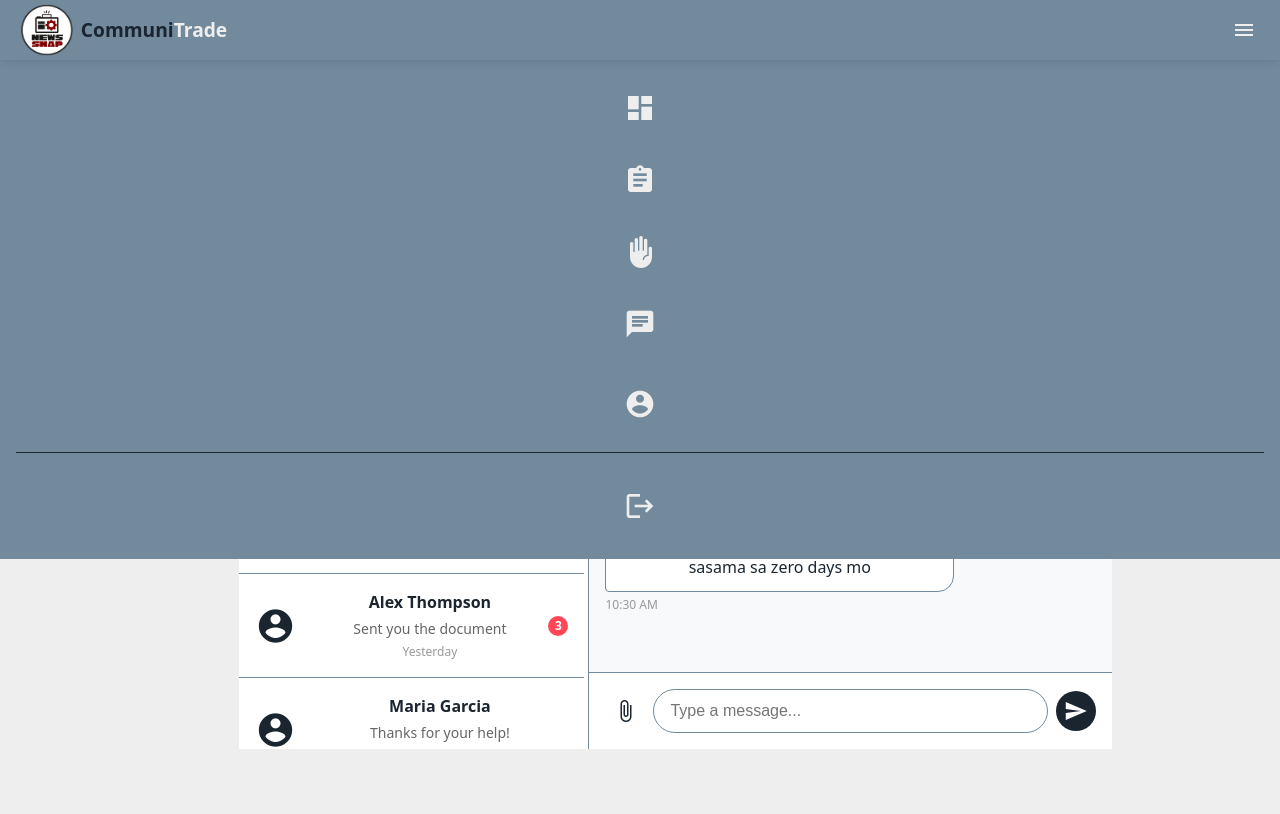
Repository: wholaanmo/news-snap
Page: /message
An editor plug-in stored every save of this project. The page is shown before and after the next save, followed by the edit.
The browser window is 1280 px wide. The pictures show the whole page.
The project was rebuilt for these pictures with package versions that can differ from the ones it lists, and the page was loaded fresh each time. Also part of the build but not shown: src/components/AdminNavbar.vue, src/components/AdminSidebar.vue, src/layouts/AdminLayout.vue.

Above is the page before, as saved 2025-10-15 19:28:47.

After the next save:
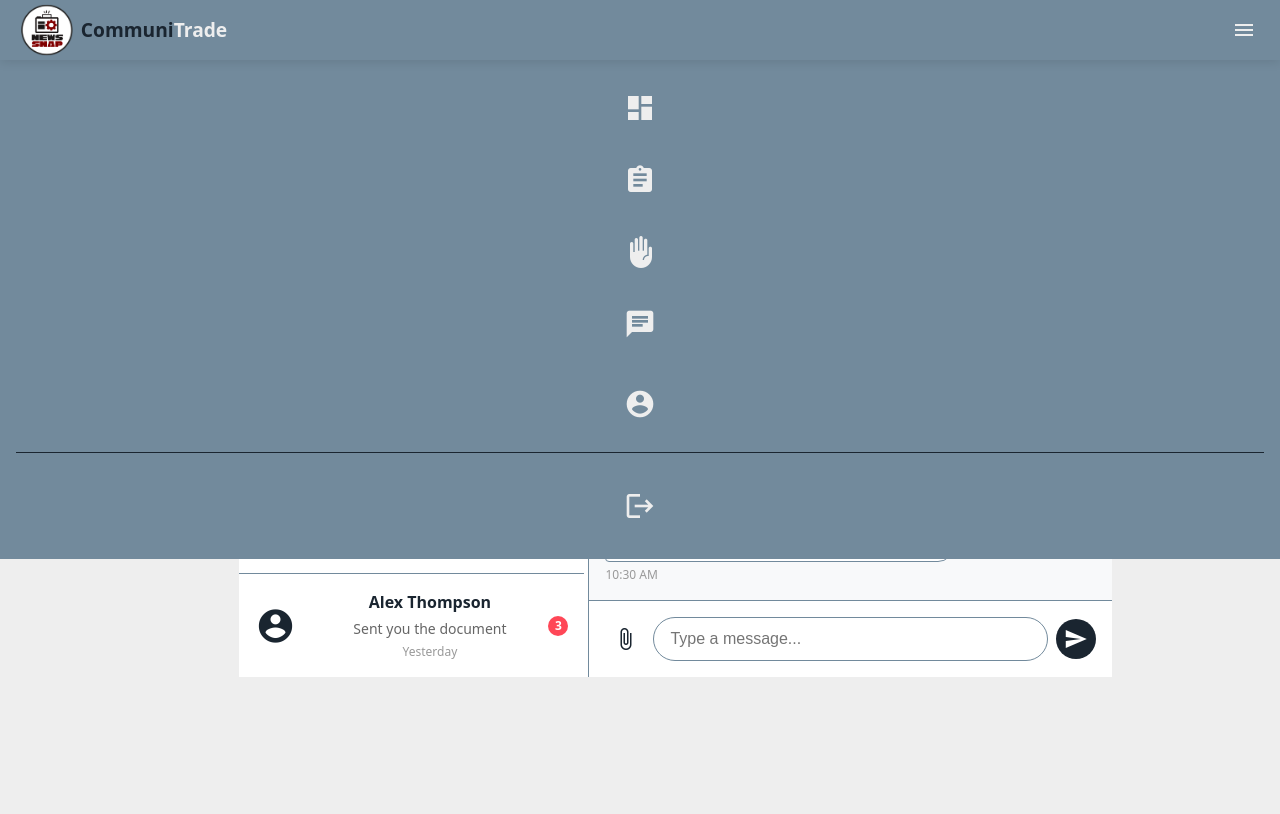
Saved 54 s later.
--- a/src/views/message.vue
+++ b/src/views/message.vue
@@ -335,7 +335,7 @@ onMounted(() => {
 <style scoped>
 .message-page {
   display: flex;
-  height: calc(100vh - 60px);
+  height: calc(90vh - 60px);
   margin-top: -5px;
   background-color: var(--light);
 }
